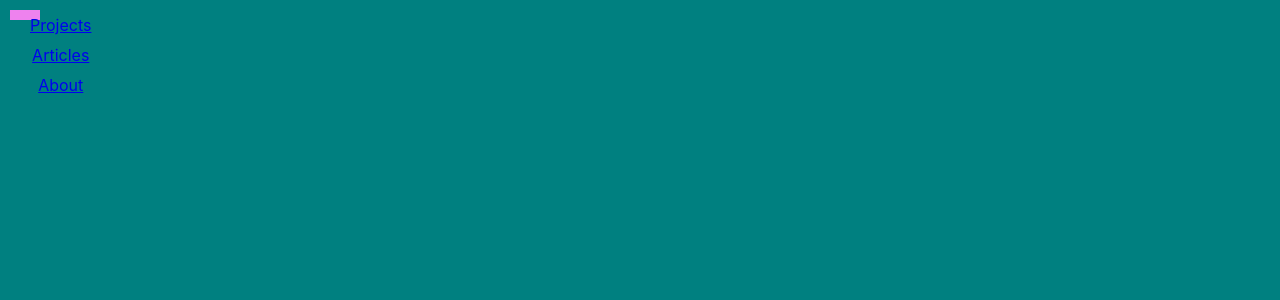
Repository: zeidalidiez/portfolioreact
Page: /
An editor plug-in stored every save of this project. The page is shown before and after the next save, followed by the edit.
The browser window is 1280 px wide. The pictures show the whole page.
The project was rebuilt for these pictures with package versions that can differ from the ones it lists, and the page was loaded fresh each time. Also part of the build but not shown: src/components/Thumbnail.js, src/components/Projects.js, src/components/Articles.js, src/components/About.js.

Above is the page before, as saved 2021-02-06 23:39:42.

### public/index.html
<!DOCTYPE html>
<html lang="en">
  <head>
    <meta charset="utf-8" />
    <link href="data:[embedded picture, 289 characters]" rel="icon" type="image/x-icon" />    <meta name="viewport" content="width=device-width, initial-scale=1" />
    <meta name="theme-color" content="#000000" />
    <meta
      name="description"
      content="Web site created using create-react-app"
    />    <!--
      manifest.json provides metadata used when your web app is installed on a
      user's mobile device or desktop. See https://developers.google.com/web/fundamentals/web-app-manifest/
    -->
    <link rel="manifest" href="%PUBLIC_URL%/manifest.json" />
    <!--
      Notice the use of %PUBLIC_URL% in the tags above.
      It will be replaced with the URL of the `public` folder during the build.
      Only files inside the `public` folder can be referenced from the HTML.

      Unlike "/favicon.ico" or "favicon.ico", "%PUBLIC_URL%/favicon.ico" will
      work correctly both with client-side routing and a non-root public URL.
      Learn how to configure a non-root public URL by running `npm run build`.
    -->
    <title>Zeid Diez - Portfolio</title>
  </head>
  <body>
    <noscript>You need to enable JavaScript to run this app.</noscript>
    <div id="root"></div>
    <!--
      This HTML file is a template.
      If you open it directly in the browser, you will see an empty page.

      You can add webfonts, meta tags, or analytics to this file.
      The build step will place the bundled scripts into the <body> tag.

      To begin the development, run `npm start` or `yarn start`.
      To create a production bundle, use `npm run build` or `yarn build`.
    -->
  </body>
</html>

### src/index.js
import React from 'react';
import ReactDOM from 'react-dom';
import './index.css';
import App from './components/App';
import reportWebVitals from './reportWebVitals';

ReactDOM.render(
  <React.StrictMode>
<App />
  </React.StrictMode>,
  document.getElementById('root')
);

// If you want to start measuring performance in your app, pass a function
// to log results (for example: reportWebVitals(console.log))
// or send to an analytics endpoint. Learn more: https://bit.ly/CRA-vitals
reportWebVitals();

### src/components/App.js
// App.jsx

import React from 'react';
import logo from './logo.svg';
// Import the BrowserRouter, Route and Link components
import {Route, BrowserRouter as Router, Link} from "react-router-dom";
import Projects from './Projects.js';
import Articles from './Articles.js';
import About from './About.js';
import './App.css';

function App() {
  return (
    <header>
    <Router>
      <div className="App">
        <Route exact path="/Projects" component={Projects} />
        <Route exact path="/Articles" component={Articles} />
        <Route exact path="/About" component={About} />
  <nav>
        <div className="navigation">
          <div className="navigation-sub">
            <Link to="/Projects" className="item">Projects</Link>
            <Link to="/Articles" className="item">Articles</Link>
            <Link to="/About" className="item">About</Link>

          </div>
        </div>
        </nav>
      </div>
    </Router>
    <menu>

</menu>
    </header>


  );
}

export default App;

### src/components/App.css
.App {
  text-align: center;
}

nav {
  position: relative;
    top: 0;
}

body {
  background-color: teal;
  display: flex;
}
div {
display: grid;
padding: 5px;
}

div.project {
  position: relative;
  text-align: center;
  font-family: Georgia, "Times New Roman", Times, serif;
  font-style: italic;
  padding-bottom: 15px;
}

/* div.project-image {
  position: relative;
  text-align: center;
align-self: center;
  padding-bottom: 15px;
} */

div.project-title {
  position: relative;
  text-align: center;
  font-family: Georgia, "Times New Roman", Times, serif;
  font-style: italic;
  padding-bottom: 15px;
}

h2 {
  text-shadow: #ff0000;
}
.navigation {
background-color: violet;
  }

.navigation-sub {
padding: 10px;
position: relative;
top: 30px;
text-align: center;
align-self: center;
bottom: auto;
top: 0;
position: fixed;
}

a {
  display: grid;
padding: 5px;
text-align: center;
align-self: center;
}

img {
  display: block;
  margin-left: auto;
  margin-right: auto;
  width: 50%;
}

@media (prefers-reduced-motion: no-preference) {
  .App-logo {
    animation: App-logo-spin infinite 20s linear;
  }
}

.App-header {
  background-color: #282c34;
  min-height: 100vh;
  display: flex;
  flex-direction: column;
  align-items: center;
  justify-content: center;
  font-size: calc(10px + 2vmin);
  color: white;
}

.App-link {
  color: #61dafb;
}

@keyframes App-logo-spin {
  from {
    transform: rotate(0deg);
  }
  to {
    transform: rotate(360deg);
  }
}

Loaded but not shown: src/index.css (common file); src/reportWebVitals.js (common file)

After the next save:
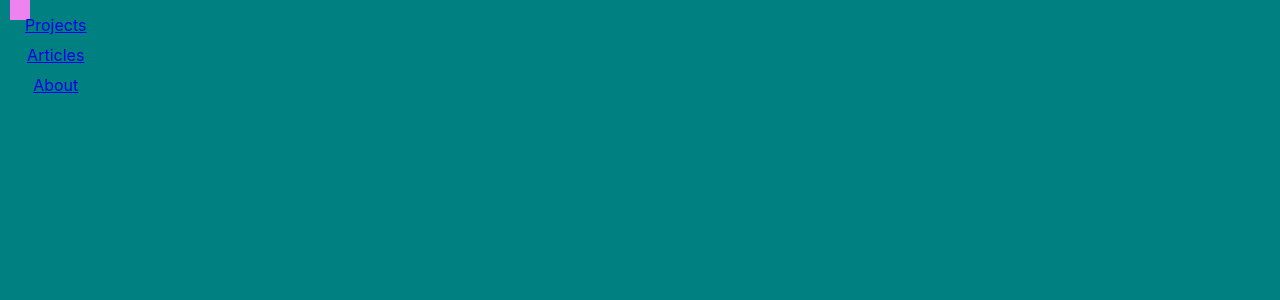
Saved 17 s later.
--- a/src/components/App.css
+++ b/src/components/App.css
@@ -44,6 +44,14 @@ h2 {
 }
 .navigation {
 background-color: violet;
+padding: 10px;
+position: relative;
+top: 30px;
+text-align: center;
+align-self: center;
+bottom: auto;
+top: 0;
+position: fixed;
   }
 
 .navigation-sub {
